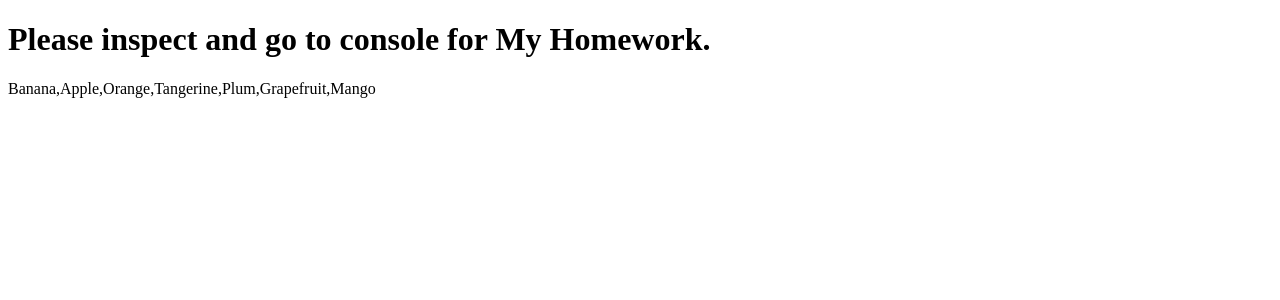
Repository: brightwhitesnow/brightwhitesnow.github.io
Page: Weba/lesson2/homeworkfiles/index.html
An editor plug-in stored every save of this project. The page is shown before and after a run of saves, followed by the edit.
The browser window is 1280 px wide. The pictures show the whole page.

Above is the page before, as saved 2021-04-18 10:20:39.

After the next 5 saves:
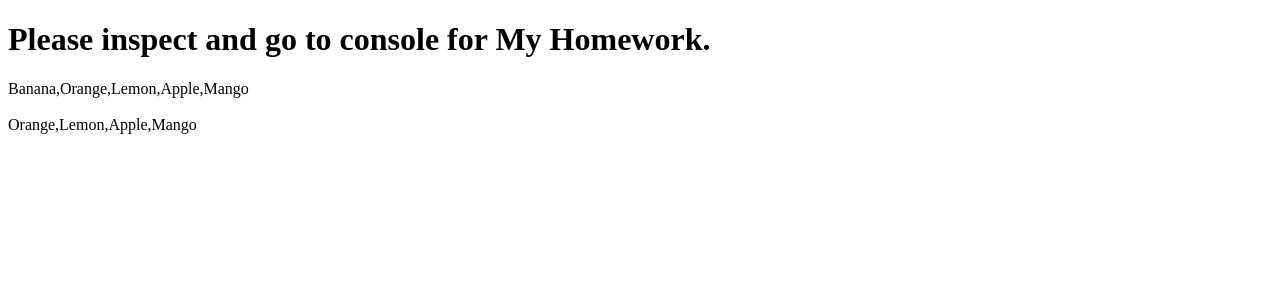
The 5 saves are shown as one change because they came seconds apart.
The last was saved 91 s later.
--- a/Weba/lesson2/homeworkfiles/script.js
+++ b/Weba/lesson2/homeworkfiles/script.js
@@ -132,7 +132,11 @@ let d = (y, z) => {
 
 
 
-var arr1 = ["Banana", "Apple", "Orange", "Tangerine", "Plum", "Grapefruit", "Mango"];
-arr1.slice(0)
-var myChildren = arr1.concat("Peach");
-document.getElementById("demo").innerHTML = arr1;
+//var arr1 = ["Banana", "Apple", "Orange", "Tangerine", "Plum", "Grapefruit", "Mango"];
+//arr1.slice(0)
+//var myChildren = arr1.concat("Peach");
+//document.getElementById("demo").innerHTML = arr1;
+
+var fruits = ["Banana", "Orange", "Lemon", "Apple", "Mango"];
+var citrus = fruits.slice(1);
+document.getElementById("demo").innerHTML = fruits + "<br><br>" + citrus;
